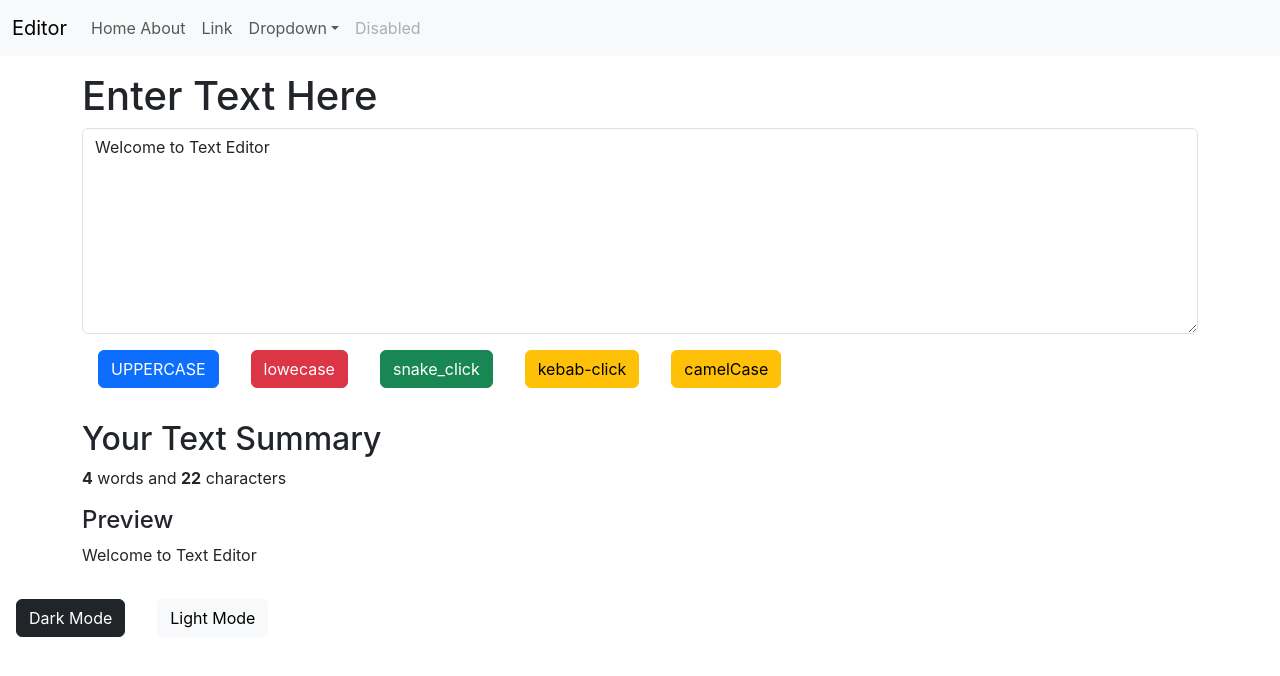
Repository: Shubham-tawar/Text-editor
Page: /
The author's editor kept a copy of each file at every save. The page is drawn from the files as they stood at one save, then again after the next save.
The browser window is 1280 px wide. The pictures show the whole page.
The project was rebuilt for these pictures with package versions that can differ from the ones it lists, and the page was loaded fresh each time. Also part of the build but not shown: src/App.css.

Above is the page before, as saved 2025-07-07 20:55:42.

### public/index.html
<!DOCTYPE html>
<html lang="en">
  <head>
    <meta charset="utf-8" />
    <link rel="icon" href="%PUBLIC_URL%/favicon.ico" />
    <meta name="viewport" content="width=device-width, initial-scale=1" />
    <meta name="theme-color" content="#000000" />
    <meta
      name="description"
      content="Web site created using create-react-app"
    />
    <link rel="apple-touch-icon" href="%PUBLIC_URL%/logo192.png" />
    <!--
      manifest.json provides metadata used when your web app is installed on a
      user's mobile device or desktop. See https://developers.google.com/web/fundamentals/web-app-manifest/
    -->
    <link rel="manifest" href="%PUBLIC_URL%/manifest.json" />
    <!--
      Notice the use of %PUBLIC_URL% in the tags above.
      It will be replaced with the URL of the `public` folder during the build.
      Only files inside the `public` folder can be referenced from the HTML.

      Unlike "/favicon.ico" or "favicon.ico", "%PUBLIC_URL%/favicon.ico" will
      work correctly both with client-side routing and a non-root public URL.
      Learn how to configure a non-root public URL by running `npm run build`.
    -->
    <link href="https://cdn.jsdelivr.net/npm/bootstrap@5.3.7/dist/css/bootstrap.min.css" rel="stylesheet" integrity="sha384-LN+7fdVzj6u52u30Kp6M/trliBMCMKTyK833zpbD+pXdCLuTusPj697FH4R/5mcr" crossorigin="anonymous">
    <title>React App</title>
  </head>
  <body>
    <noscript>You need to enable JavaScript to run this app.</noscript>
    <div id="root"></div>
    <!--
      This HTML file is a template.
      If you open it directly in the browser, you will see an empty page.

      You can add webfonts, meta tags, or analytics to this file.
      The build step will place the bundled scripts into the <body> tag.

      To begin the development, run `npm start` or `yarn start`.
      To create a production bundle, use `npm run build` or `yarn build`.
    -->
    <script src="https://cdn.jsdelivr.net/npm/bootstrap@5.3.7/dist/js/bootstrap.bundle.min.js" integrity="sha384-ndDqU0Gzau9qJ1lfW4pNLlhNTkCfHzAVBReH9diLvGRem5+R9g2FzA8ZGN954O5Q" crossorigin="anonymous"></script>
  </body>
</html>

### src/App.js

import './App.css';
import Darktheme from './components/Darktheme';
import Navbar from './components/Navbar';
import Textform from './components/Textform';

function App() {
  return (
    <>
    <Navbar title="Editor" aboutText="About"/>
    <Textform heading = "Enter Text Here"/>
    <Darktheme />
    </>
  );
}

export default App;

### src/components/Darktheme.js
import React from 'react'

export default function Darktheme() {
    const handleDarkTheme = () => {
        document.body.style.backgroundColor = '#343a40'; // Dark background
        document.body.style.color = 'white'; // Light text color
    }
    const handleLightTheme = () =>{
        document.body.style.backgroundColor = 'white';
        document.body.style.color = 'black'; // Dark text color
    }
  return (
    <div>
      <button type="button" className="btn btn-dark m-3" onClick={handleDarkTheme}>Dark Mode</button>
      <button type="button" className="btn btn-light m-3" onClick={handleLightTheme}>Light Mode</button>
    </div>
  )
}

### src/components/Navbar.js
import React from 'react'
import PropTypes from 'prop-types'
export default function Navbar(props) {
  return (
    <>
    <nav className="navbar navbar-expand-lg navbar-light bg-light">
        <div className="container-fluid">
            <a className="navbar-brand" href="/">{props.title}</a>
            <button className="navbar-toggler" type="button" data-toggle="collapse" data-target="#navbarSupportedContent" aria-controls="navbarSupportedContent" aria-expanded="false" aria-label="Toggle navigation">
                <span className="navbar-toggler-icon"></span>
            </button>

            <div className="collapse navbar-collapse" id="navbarSupportedContent">
                <ul className="navbar-nav mr-auto">
                <li className="nav-item active">
                    <a className="nav-link" href="/">Home <span className="sr-only">{props.aboutText}</span></a>
                </li>
                <li className="nav-item">
                    <a className="nav-link" href="/">Link</a>
                </li>
                <li className="nav-item dropdown">
                    <a className="nav-link dropdown-toggle" href="/" id="navbarDropdown" role="button" data-toggle="dropdown" aria-haspopup="true" aria-expanded="false">
                    Dropdown
                    </a>
                    <div className="dropdown-menu" aria-labelledby="navbarDropdown">
                    <a className="dropdown-item" href="/">Action</a>
                    <a className="dropdown-item" href="/">Another action</a>
                    <div className="dropdown-divider"></div>
                    <a className="dropdown-item" href="/">Something else here</a>
                    </div>
                </li>
                <li className="nav-item">
                    <a className="nav-link disabled" href="/">Disabled</a>
                </li>
                </ul>

            </div>
        </div>

    </nav>
    </>
  )
}

Navbar.propTypes = {
    title: PropTypes.string,
    aboutText: PropTypes.string
}

### src/components/Textform.js
import React, {useState} from 'react'
import PropTypes from 'prop-types'


export default function Textform(props) {
    const [text, setText] = useState("Welcome to Text Editor");

    function handleUpClick(){
        console.log("Uppercase was clicked");
        let newText = text.toUpperCase();
        setText(newText);
    }

    function handleLowClick(){
        console.log("Lowercase was clicked");
        let newText = text.toLowerCase();
        setText(newText);
    }
    function handleSnakeClick(){
        console.log("Snake Case was clicked");
        let newText = text.replace(/\s+/g, '_').toLowerCase();
        setText(newText);
    }
    function handleKebabClick(){
        console.log("Kebab Case was clicked");
        let newText = text.replace(/_/g, '-').toLowerCase();
        setText(newText);
    }

    function handleCamelClick(){
        console.log("Camel Case was clicked");
         let newText = text
            .toLowerCase()
            .split(' ')
            .map((word, index) => {
                if (index === 0) return word; // Keep the first word in lowercase
                return word.charAt(0).toUpperCase() + word.slice(1); // Capitalize the first letter of subsequent words
            })
            .join('');
            setText(newText);
            /*
            let newText = text.toLowerCase();
            // Split the text into words and capitalize the first letter of each word except the first one
            let words = newText.split(' ');
            for (let i = 1; i < words.length; i++) {
                words[i] = words[i].charAt(0).toUpperCase() + words[i].slice(1);
            }
            newText = words.join('');
            setText(newText); */
    }
    function handleOnChange(event){  // able to change teh text in the textarea
        setText(event.target.value);
    }

    return (
        <>
        <form className='container my-3'>

            <div className="form-group">
                <h1>{props.heading}</h1>
                <textarea className="form-control" id="exampleFormControlTextarea1" onChange={handleOnChange} rows="8" value={text} placeholder='Text Area'></textarea>
            </div>
            <button type='button' className="btn btn-primary m-3" onClick={handleUpClick}>UPPERCASE</button>
            <button type='button' className="btn btn-danger m-3" onClick={handleLowClick}>lowecase</button>
            <button type='button' className="btn btn-success m-3" onClick={handleSnakeClick}>snake_click</button>
            <button type='button' className="btn btn-warning m-3" onClick={handleKebabClick}>kebab-click</button>
            <button type='button' className="btn btn-warning m-3" onClick={handleCamelClick}>camelCase</button>
        </form>
        <div className="container">
            <h2>Your Text Summary</h2>
            <p><b>{text.split(' ').length}</b> words and <b>{text.length}</b> characters</p>
            <h4>Preview</h4>
            <p>{text.length > 0 ? text : "Enter something in the text area to preview it here"}</p>
        </div>

        </>
    )
}

Textform.propTypes = {
    heading: PropTypes.string
}

Textform.defaultProps = {
    heading: "Enter Text Here"
}

Loaded but not shown: src/index.js (common file); src/index.css (common file); src/reportWebVitals.js (common file)

After the next save:
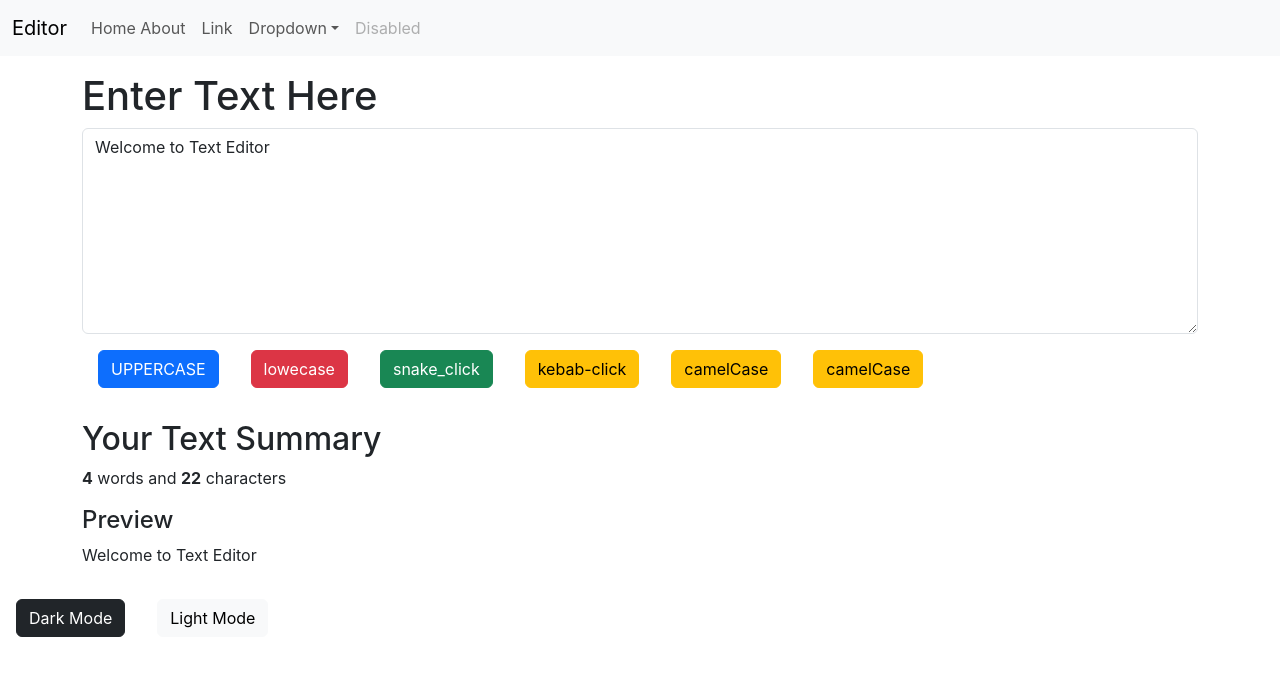
Saved 4 min 8 s later.
--- a/src/components/Textform.js
+++ b/src/components/Textform.js
@@ -65,6 +65,7 @@ export default function Textform(props) {
             <button type='button' className="btn btn-success m-3" onClick={handleSnakeClick}>snake_click</button>
             <button type='button' className="btn btn-warning m-3" onClick={handleKebabClick}>kebab-click</button>
             <button type='button' className="btn btn-warning m-3" onClick={handleCamelClick}>camelCase</button>
+            <button type='button' className="btn btn-warning m-3" onClick={handleCamelClick}>camelCase</button>
         </form>
         <div className="container">
             <h2>Your Text Summary</h2>
